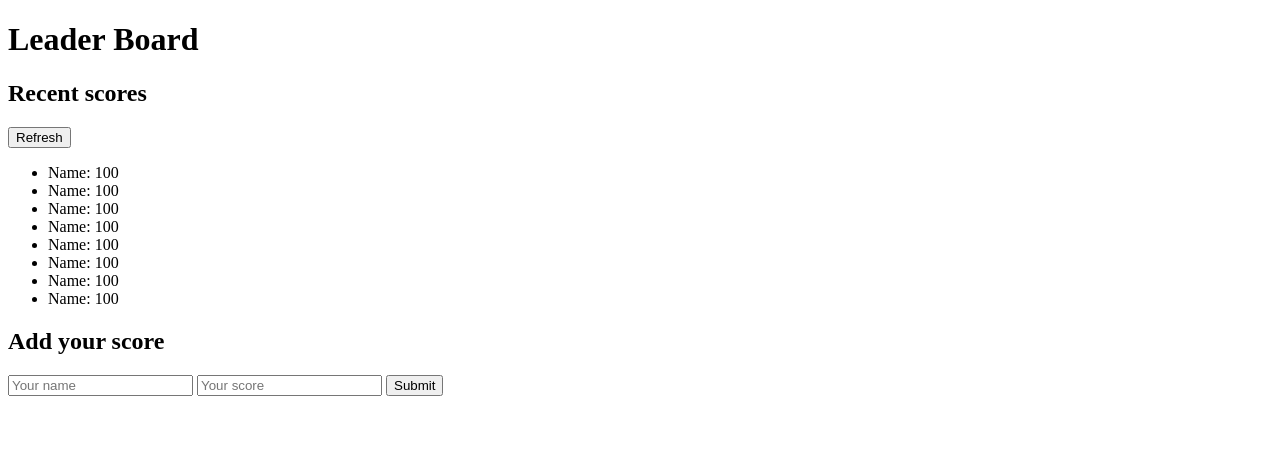
Repository: kennedyowusu/Leaderboard
Page: src/index.html
An editor plug-in stored every save of this project. The page is shown before and after the next save, followed by the edit.
The browser window is 1280 px wide. The pictures show the whole page.

Above is the page before, as saved 2022-12-20 16:22:34.

### src/index.html
<!DOCTYPE html>
<html lang="en">

<head>
 <meta charset="UTF-8">
 <meta http-equiv="X-UA-Compatible" content="IE=edge">
 <meta name="viewport" content="width=device-width, initial-scale=1.0">
 <title>Leader Board</title>
</head>

<body>
 <main class="main-container">
   <h1 class="main-title">Leader Board</h1>

   <section class="main-holder">
    <!-- divide section into two -->

     <section class="main-left">
       <div class="top-section">
        <h2 class="main-left-title">Recent scores</h2>
        <button class="refresh">Refresh</button>
       </div>
       <ul class="main-left-list">
         <!-- list of recent scores -->
         <li class="main-left-list-items">
           <span class="name">Name: </span>
           <span class="score">100 </span>
         </li>

          <li class="main-left-list-items">
           <span class="name">Name: </span>
           <span class="score">100 </span>
          </li>

           <li class="main-left-list-items">
            <span class="name">Name: </span>
            <span class="score">100 </span>
           </li>

            <li class="main-left-list-items">
             <span class="name">Name: </span>
             <span class="score">100 </span>
            </li>

            <li class="main-left-list-items">
             <span class="name">Name: </span>
             <span class="score">100 </span>
            </li>

            <li class="main-left-list-items">
             <span class="name">Name: </span>
             <span class="score">100 </span>
            </li>

            <li class="main-left-list-items">
             <span class="name">Name: </span>
             <span class="score">100 </span>
            </li>

            <li class="main-left-list-items">
             <span class="name">Name: </span>
             <span class="score">100 </span>
            </li>

       </ul>
     </section>

     <section class="main-right">
       <div class="top-section-right">
        <h2 class="main-right-title">Add your score</h2>
       </div>
       <form class="main-right-form">
         <input type="text" name="name" placeholder="Your name" required>
         <input type="number" name="score" placeholder="Your score" required>
         <button type="submit" class="submit">Submit</button>
       </form>
      </section>

   </section>



   <script src="https://cdn.jsdelivr.net/npm/axios/dist/axios.min.js"></script>
 </main>
</body>
</html>

After the next save:
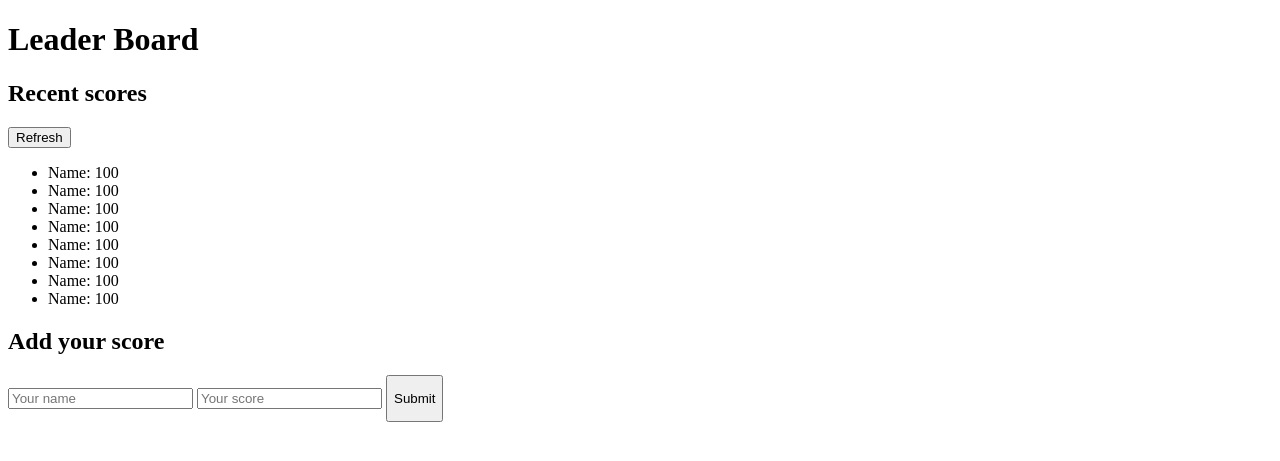
Saved 13 s later.
--- a/src/index.html
+++ b/src/index.html
@@ -72,7 +72,9 @@
        <form class="main-right-form">
          <input type="text" name="name" placeholder="Your name" required>
          <input type="number" name="score" placeholder="Your score" required>
-         <button type="submit" class="submit">Submit</button>
+         <button type="submit" class="submit">
+          <p>Submit</p>
+         </button>
        </form>
       </section>
 
